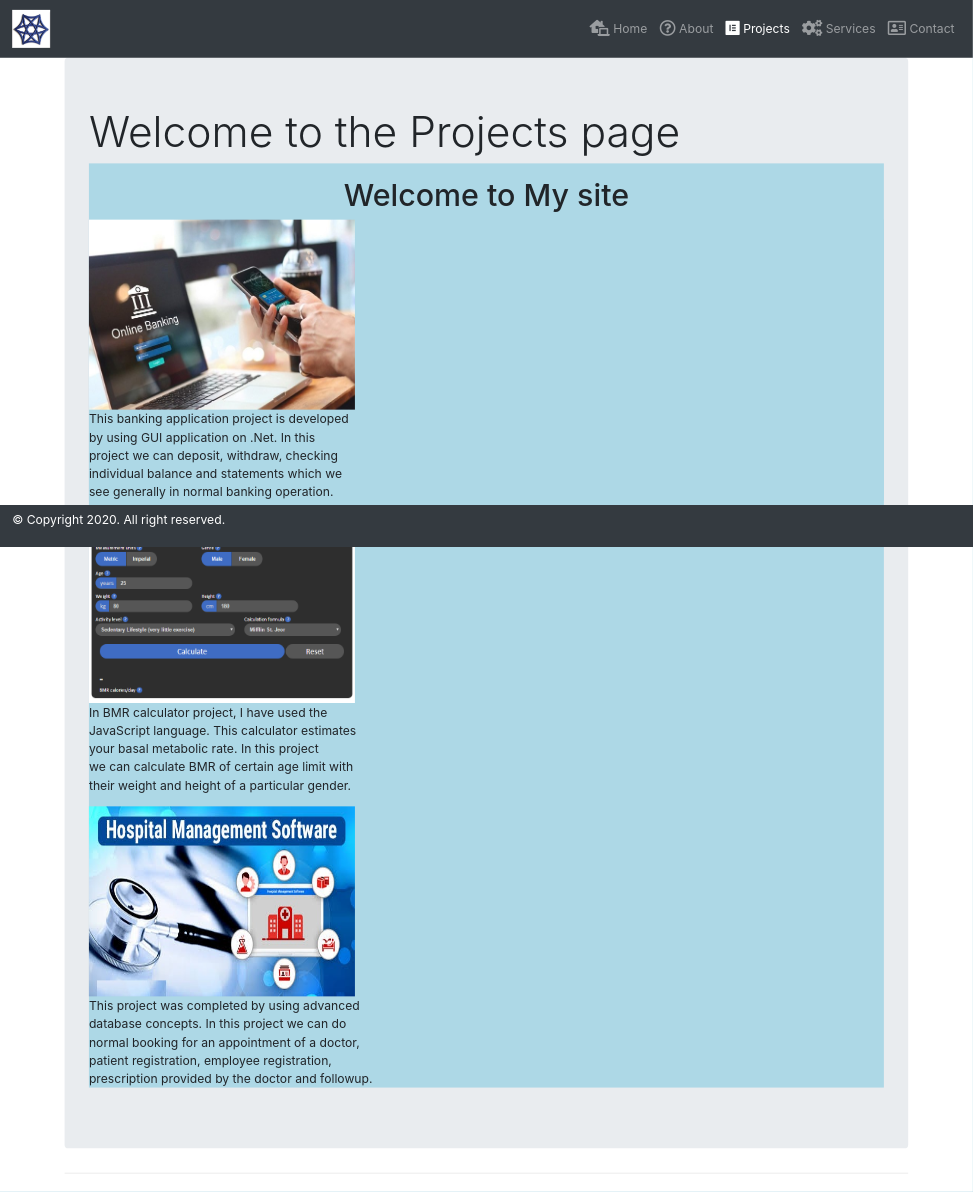
Repository: laxmangothe2020/COMP229Assignment
Page: http://localhost/projects
An editor plug-in stored every save of this project. The page is shown before and after the next save, followed by the edit.
The browser window is 1280 px wide. The pictures show the whole page, at 76% of full size.
The page is served by the project's Node server (server.js).

Above is the page before, as saved 2021-02-11 18:26:32.

After the next save:
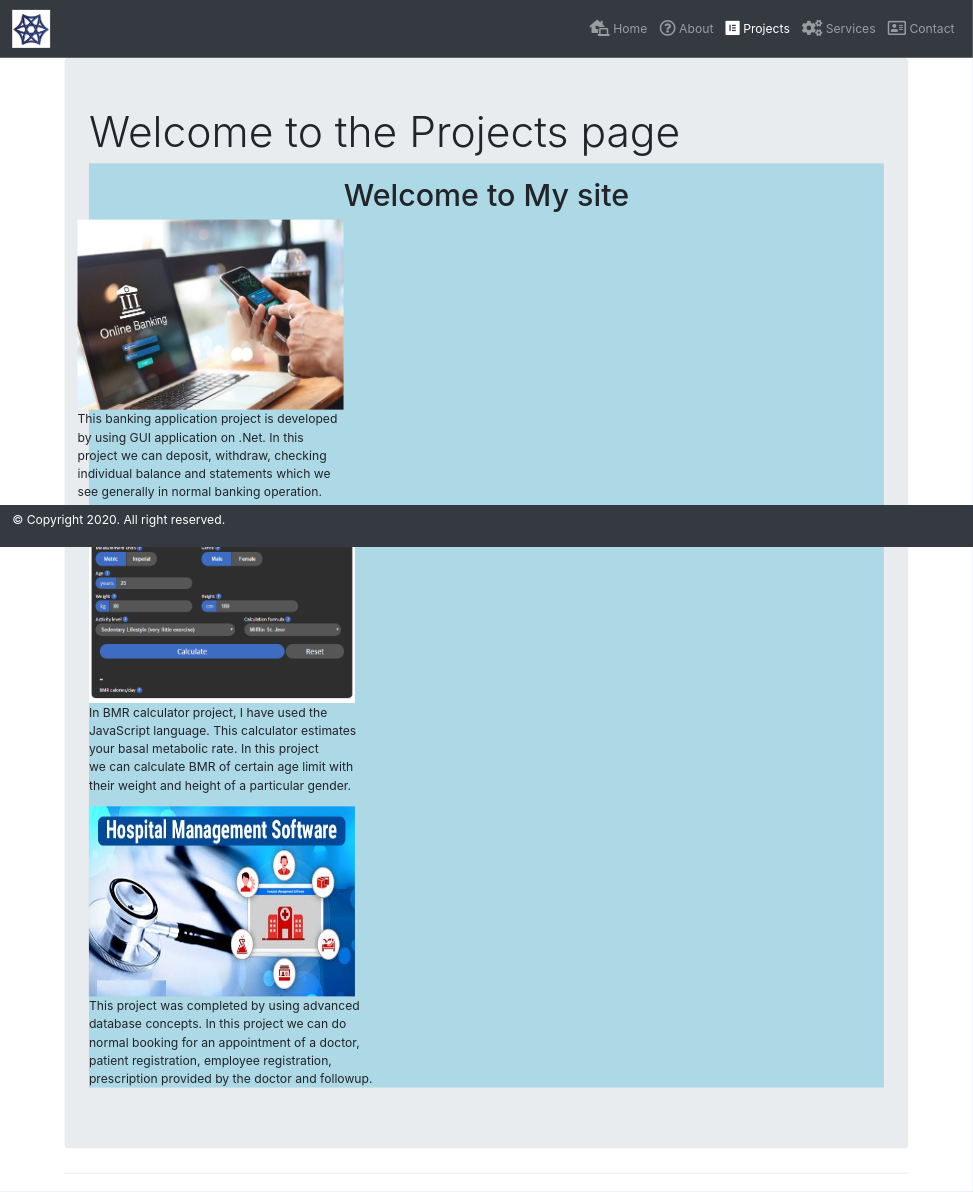
Saved 60 s later.
--- a/views/partials/projects.ejs
+++ b/views/partials/projects.ejs
@@ -1,10 +1,11 @@
 
  <div style="background-color: lightblue;margin-bottom: 15px">
                     <h3 style="padding-left: 40px;padding-top:10px;color: #AA7439"><h1 style="text-align:center;">Welcome to My site</h1>
-                    <div style="width: 100%;height:100%;background-color:lightblue;">
+
   <div id="contentEditable">
 
-
+      <div class="row">
+       <div class="column">
 
            <img src="./Assets/images/banking.jpg" width="350" height="250">
         <p> This banking application project is developed<br>
@@ -33,3 +34,4 @@
      </div>
   </div>
  </div>
+ </div>
